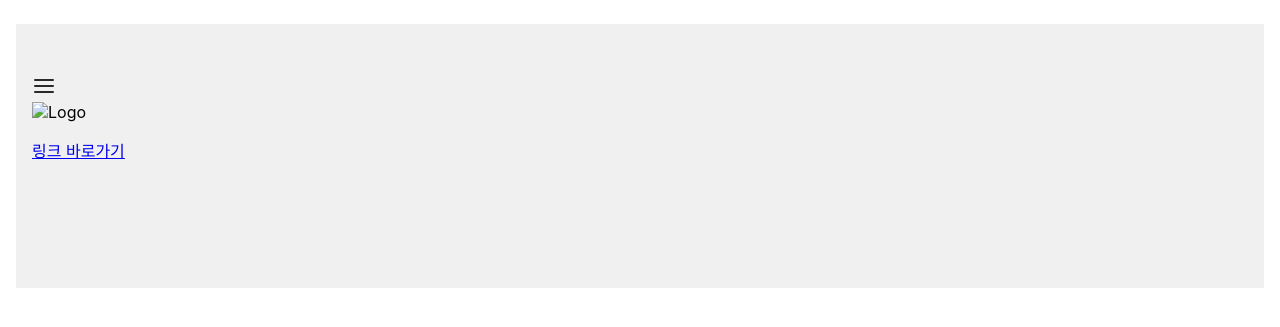
Repository: ohjjoa/reactTest
Page: /
The author's editor kept a copy of each file at every save. The page is drawn from the files as they stood at one save, then again after the next save.
The browser window is 1280 px wide. The pictures show the whole page.
The project was rebuilt for these pictures with package versions that can differ from the ones it lists, and the page was loaded fresh each time.

Above is the page before, as saved 2024-08-02 03:46:17.
Not found: logo.png

### src/App.tsx
import { BrowserRouter as Router, Route, Routes } from 'react-router-dom';
import Home from './pages/Home';

function App() {
  return (
    <Router>
      <Routes>
        <Route path="/" element={<Home />} />
        {/* 다른 Route 추가 가능 */}
      </Routes>
    </Router>
  );
}

export default App;

### src/pages/Home/index.tsx
import React, { useState, useRef, useEffect } from 'react';
import { TestContainer, Sidebar, SidebarOpen } from './styles';
import icBurger from '../../assets/ic_burger.svg';

const Home = () => {
  const [sideBarOpen, setSideBarOpen] = useState(false);
  const sidebarRef = useRef<HTMLDivElement>(null);
  const backgroundRef = useRef<HTMLDivElement>(null);

  // 타이머 변수
  const [pressTimer, setPressTimer] = useState<NodeJS.Timeout | null>(null);
  const [isLongPress, setIsLongPress] = useState(false);

  const burgerClick = () => {
    setSideBarOpen(!sideBarOpen);
  };

  const handleClickOutside = (event: MouseEvent | TouchEvent) => {
    if (
      sidebarRef.current &&
      !sidebarRef.current.contains(event.target as Node) &&
      backgroundRef.current &&
      !backgroundRef.current.contains(event.target as Node)
    ) {
      setSideBarOpen(false);
    }
  };

  const handleMouseDown = () => {
    setPressTimer(setTimeout(() => {
      setIsLongPress(true); // 롱 프레스 감지
      console.log('Long press detected!');
    }, 500)); // 롱 프레스 감지 시간 (500ms로 설정)
  };

  const handleMouseUp = () => {
    if (pressTimer) {
      clearTimeout(pressTimer); // 롱 프레스 타이머 취소
      setPressTimer(null);
      if (!isLongPress) {
        burgerClick(); // 롱 프레스가 아니라면 클릭으로 처리
        console.log('Click detected!');
      }
      setIsLongPress(false); // 롱 프레스 상태 초기화
    }
  };

  const handleTouchStart = () => {
    setPressTimer(setTimeout(() => {
      setIsLongPress(true); // 롱 프레스 감지
      console.log('Long press detected!');
    }, 500)); // 롱 프레스 감지 시간 (500ms로 설정)
  };

  const handleTouchEnd = () => {
    if (pressTimer) {
      clearTimeout(pressTimer); // 롱 프레스 타이머 취소
      setPressTimer(null);
      if (!isLongPress) {
        burgerClick(); // 롱 프레스가 아니라면 클릭으로 처리
        console.log('Click detected!');
      }
      setIsLongPress(false); // 롱 프레스 상태 초기화
    }
  };

  useEffect(() => {
    document.addEventListener('mousedown', handleClickOutside);
    document.addEventListener('touchstart', handleClickOutside);
    return () => {
      document.removeEventListener('mousedown', handleClickOutside);
      document.removeEventListener('touchstart', handleClickOutside);
    };
  }, []);

  return (
    <div ref={backgroundRef}>
      <TestContainer>
        <img
          src={icBurger}
          alt="Burger Icon"
          style={{
            maxWidth: '100%',
            height: 'auto',
            cursor: 'pointer',
            marginTop: '50px',
            outline: 'none',
            boxShadow: 'none',
            border: 'none',
            userSelect: 'none', // 텍스트 선택 방지
            pointerEvents: 'none'
          }}
          onMouseDown={handleMouseDown}
          onMouseUp={handleMouseUp}
          onTouchStart={handleTouchStart}
          onTouchEnd={handleTouchEnd}
          onMouseLeave={() => {
            if (pressTimer) {
              clearTimeout(pressTimer);
              setPressTimer(null);
              setIsLongPress(false);
            }
          }}
        />
          <div className="logo-box">
          <img className="logo-img" src="./logo.png" alt="Logo" />
          <p>
            <a href="https://test.abc.def">링크 바로가기</a>
          </p>
        </div>
      </TestContainer>

      {sideBarOpen && (
        <SidebarOpen ref={sidebarRef}>
          <div>Sidebar Content</div>
        </SidebarOpen>
      )}
      {!sideBarOpen && (
        <Sidebar ref={sidebarRef}>
          <div>Sidebar Content</div>
        </Sidebar>
      )}
    </div>
  );
};

export default Home;

### src/pages/Home/styles.tsx
import { styled } from '@stitches/react';

const TestContainer = styled('div', {
  paddingLeft: '16px',
  paddingRight: '16px',
  marginTop: '24px',
  paddingBottom: '110px',
  backgroundColor: '#f0f0f0',
  marginLeft: '16px',
  marginRight: '16px',
});

const Sidebar = styled('div', {
  position: 'fixed',
  top: 0,
  left: '-250px', // 사이드바가 화면 밖으로 숨겨져 있도록 설정
  width: '250px',
  height: '100%',
  backgroundColor: '#333',
  color: 'white',
  transition: 'left 0.3s ease', // 애니메이션 효과
  display: 'flex',
  alignItems: 'center',
  justifyContent: 'center',
  zIndex: 1000, // 사이드바가 다른 요소 위에 오도록 설정
});

const SidebarOpen = styled(Sidebar, {
  left: 0, // 사이드바가 화면에 보이도록 설정
});


export { TestContainer, Sidebar, SidebarOpen };

Loaded but not shown: public/index.html (common file); src/index.tsx (common file); src/index.css (common file); src/reportWebVitals.ts (common file)

After the next save:
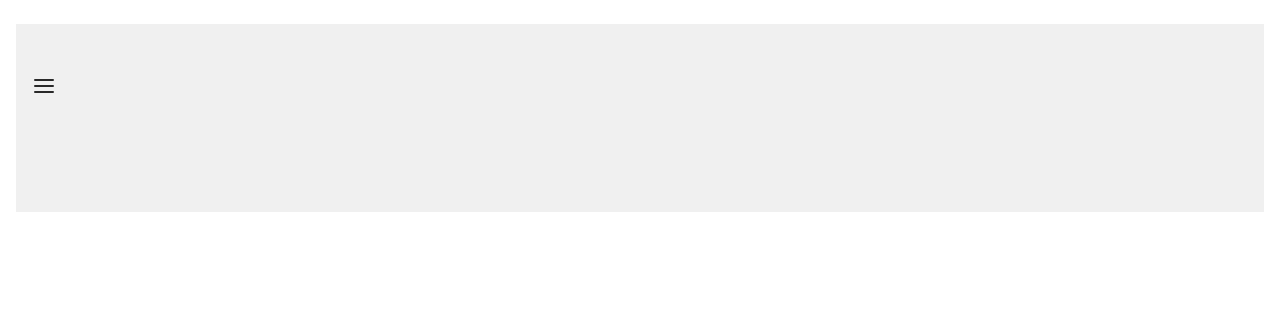
Saved 6 min 52 s later.
--- a/src/pages/Home/index.tsx
+++ b/src/pages/Home/index.tsx
@@ -76,6 +76,7 @@ const Home = () => {
   return (
     <div ref={backgroundRef}>
       <TestContainer>
+        <div style={{ pointerEvents: 'none' }}>
         <img
           src={icBurger}
           alt="Burger Icon"
@@ -102,12 +103,9 @@ const Home = () => {
             }
           }}
         />
-          <div className="logo-box">
-          <img className="logo-img" src="./logo.png" alt="Logo" />
-          <p>
-            <a href="https://test.abc.def">링크 바로가기</a>
-          </p>
+
         </div>
+
       </TestContainer>
 
       {sideBarOpen && (
